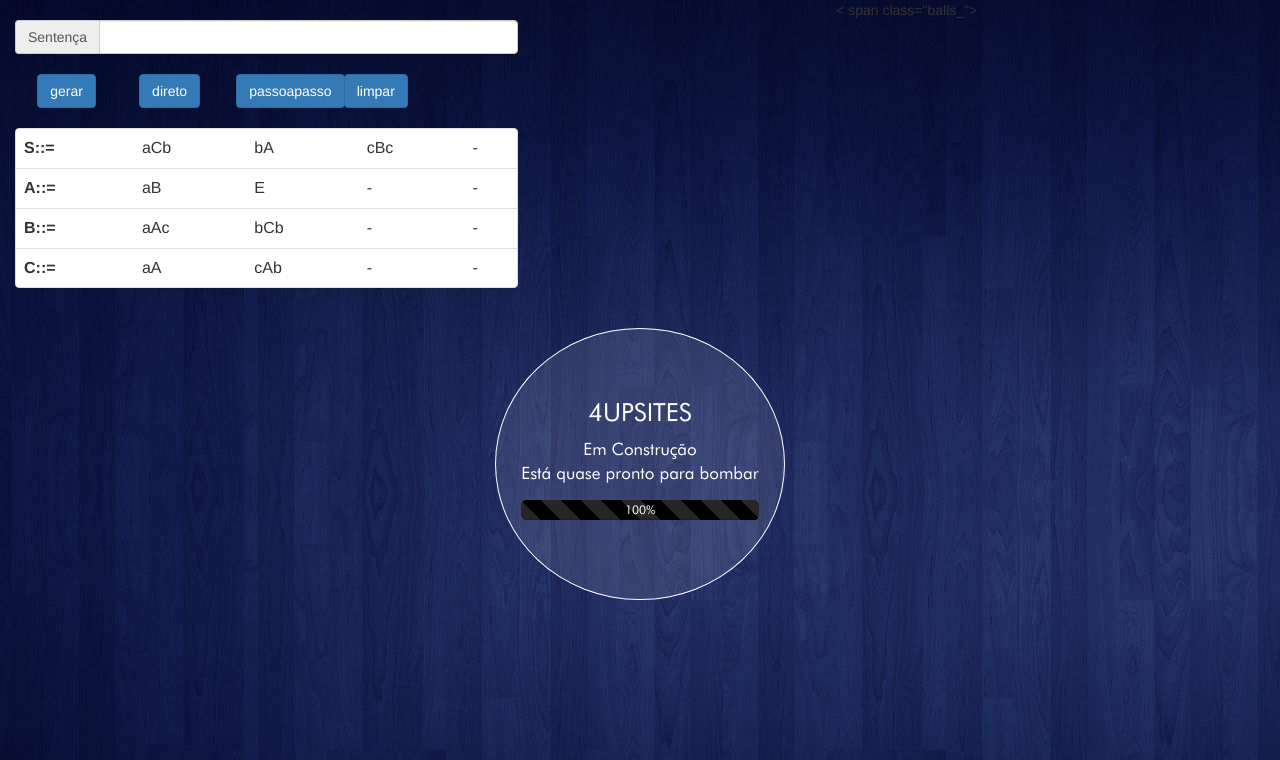
Repository: 4UPsites/publish
Page: TAPUME/index.html
The author's editor kept a record of every edit. The page is drawn from the files as they stood at one moment, then again after the next edit.
The browser window is 1280 px wide. The pictures show the whole page.
Some web libraries are served in a nearby version.

Above is the page before.

After the next edit:
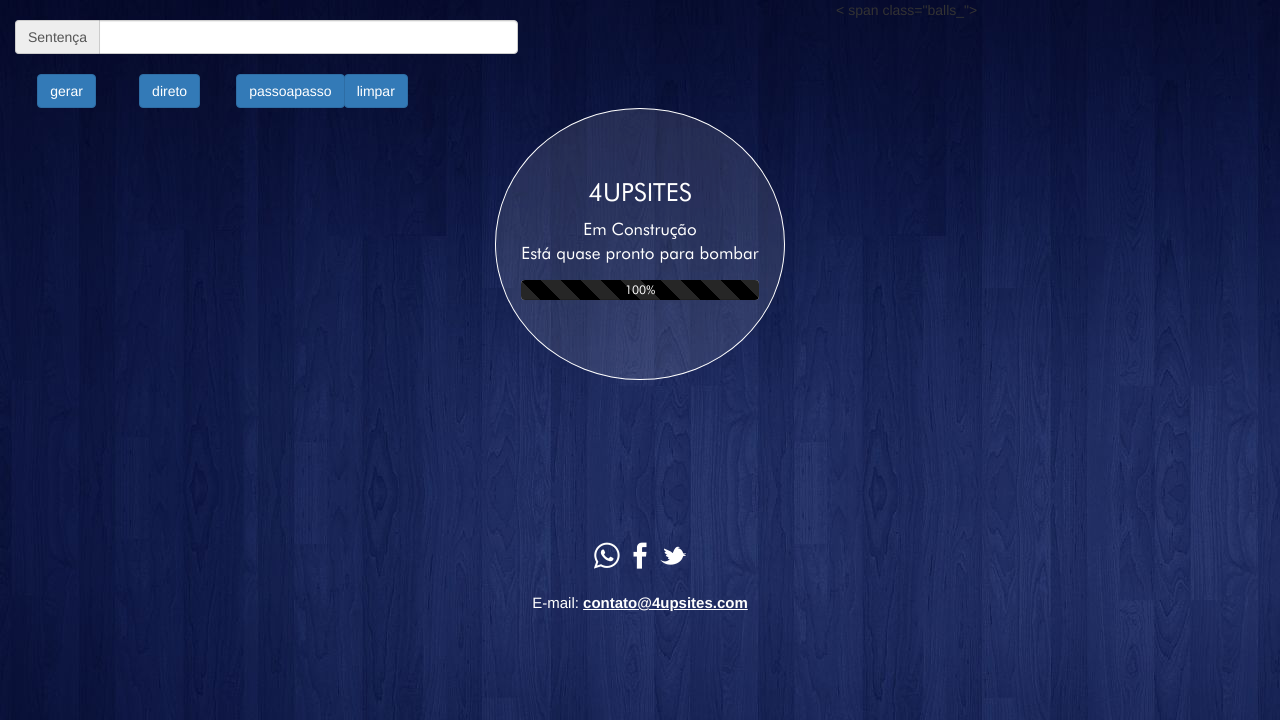
The edit:
--- a/TAPUME/index.html
+++ b/TAPUME/index.html
@@ -51,47 +51,7 @@
 							</div>
 						</div>
 
-						<br/>
-						<div class="panel panel-default tabela">
-							<!-- Default panel contents -->
 
-							<!-- Table -->
-							<table class="table">
-
-								<tbody>
-									<tr class="fundo-normal">
-										<th scope="row">S::=</th>
-										<td>aCb</td>
-										<td>bA</td>
-										<td>cBc</td>
-										<td>-</td>
-									</tr>
-									<tr class="fundo-normal">
-										<th scope="row">A::=</th>
-										<td>aB</td>
-										<td>E</td>
-										<td>-</td>
-										<td>-</td>
-									</tr>
-									<tr class="fundo-normal">
-										<th scope="row">B::=</th>
-										<td>aAc</td>
-										<td>bCb</td>
-										<td>-</td>
-										<td>-</td>
-									</tr>
-									<tr class="fundo-normal">
-										<th scope="row">C::=</th>
-										<td>aA</td>
-										<td>cAb</td>
-										<td>-</td>
-										<td>-</td>
-									</tr>
-								</tbody>
-							</table>
-						</div>
-
-						<br/>
 					</div>
 
 					span class="balls_">
